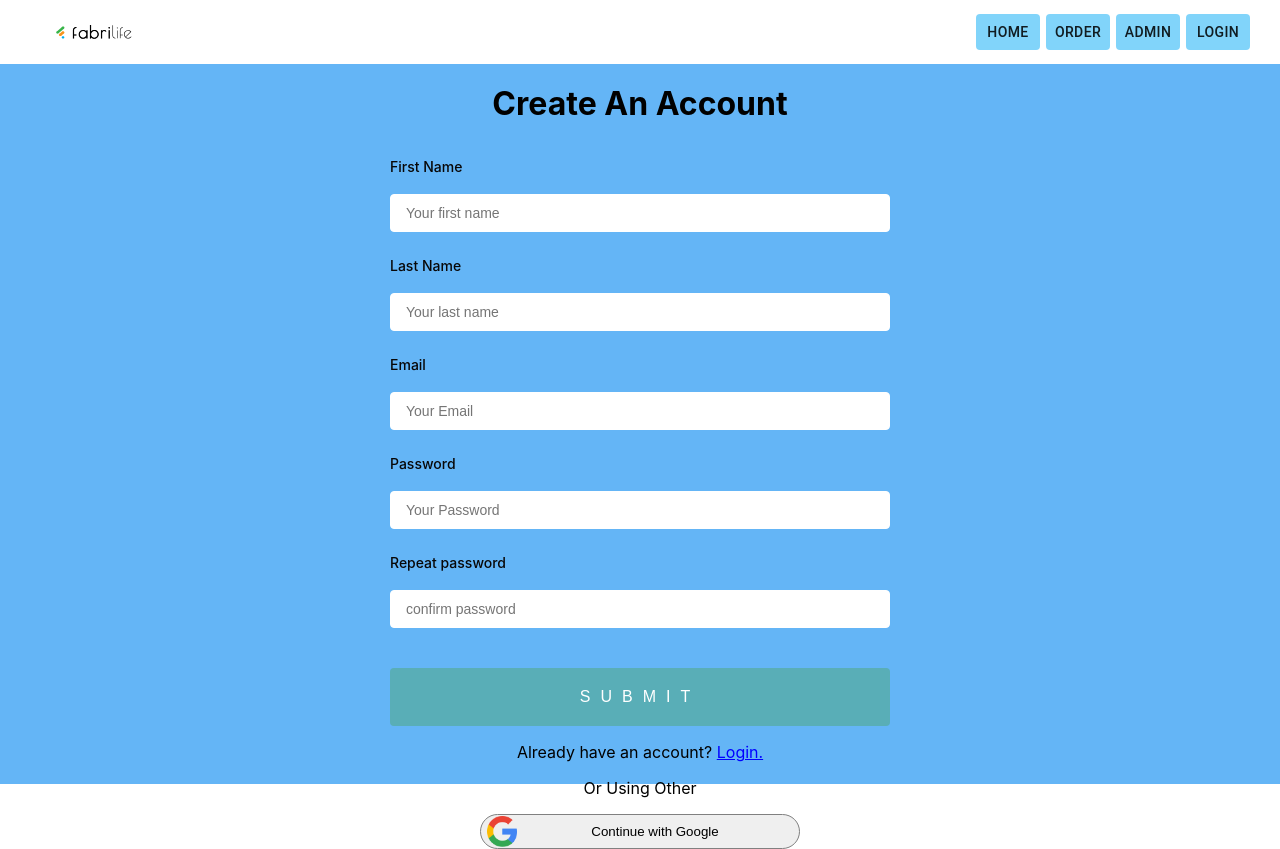
Repository: arif286/fabrilife-E-commerce-client-site
Page: /login
The author's editor kept a copy of each file at every save. The page is drawn from the files as they stood at one save, then again after the next save.
The browser window is 1280 px wide. The pictures show the whole page.
The project was rebuilt for these pictures with package versions that can differ from the ones it lists, and the page was loaded fresh each time. Also part of the build but not shown: src/components/Admin/Admin.css, src/components/Admin/AddEvent/AddEvent.css, src/components/Admin/AddEvent/AddEvent.js, src/components/Admin/ProductManage/ProductManage.js, src/components/Admin/Sidebar/Sidebar.css, src/components/Admin/Sidebar/Sidebar.js, src/components/Admin/Admin.js, src/components/CheckOut/CheckOut.css and 13 more.

Above is the page before, as saved 2021-04-01 03:26:42.

After the next save:
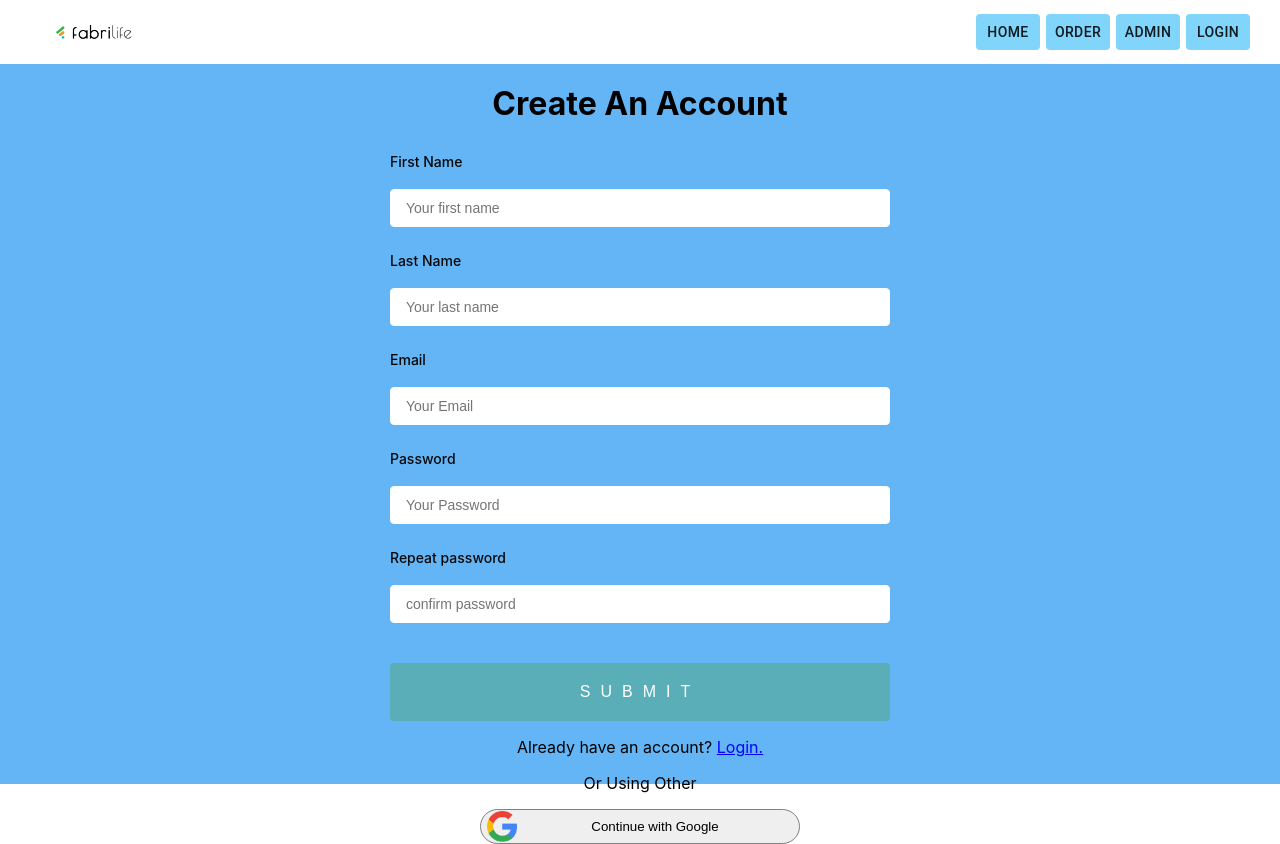
Saved 12 s later.
--- a/src/components/Login/Login.css
+++ b/src/components/Login/Login.css
@@ -7,7 +7,7 @@
   /* font-weight: 100; */
   display: inline-block;
   margin: auto;
-  padding-bottom: 10px;
+  padding-bottom: 5px;
   margin-top: 20px;
 }
 
